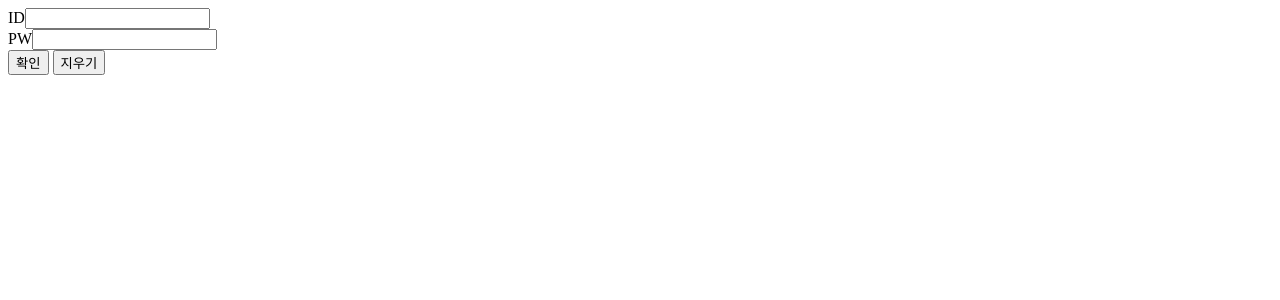
Repository: lee-ruru/jsp_practice
Page: http://localhost/JSPBasic/JspObject/3.cookie/cookie_login.jsp
An editor plug-in stored every save of this project. The page is shown before and after the next save, followed by the edit.
The browser window is 1280 px wide. The pictures show the whole page.
The page is served by Tomcat 9.

Above is the page before, as saved 2022-02-07 01:11:46.

After the next save:
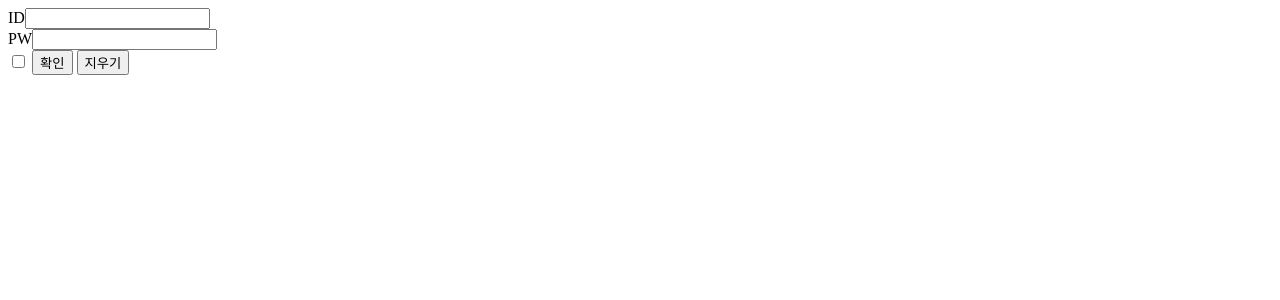
Saved 5 min 58 s later.
--- a/JSPBasic/src/main/webapp/JspObject/3.cookie/cookie_login.jsp
+++ b/JSPBasic/src/main/webapp/JspObject/3.cookie/cookie_login.jsp
@@ -17,10 +17,12 @@
 <body>
 	<!-- 로그인창은 form으로 구성해주시면 됩니다.
 	input text 1개(유저 아이디 입력), input password 1개(비밀번호 입력).
+	input checkbox 1개(자동로그인)
 	목적지는 cookie_login_ok.jsp로 해주세요. -->
 	<form action = "cookie_login_ok.jsp" method="post">
 	ID<input type="text" name="user_id"/><br/>
 	PW<input type="text" name="user_password"/><br/>
+	<input type="checkbox" name="login" value="자동로그인">
 	<input type = "submit" value="확인"/>
 	<input type = "reset" value="지우기"/>
 	</form>
